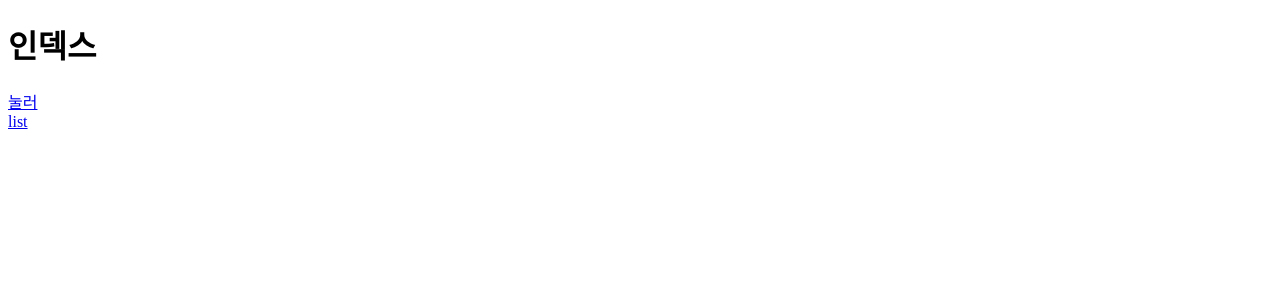
Repository: ParkChulkyu/Final_Register
Page: http://localhost/Sample/
These files come from the project's save history. The page is drawn as it stood at one moment and after the next save; the edit follows.
The browser window is 1280 px wide. The pictures show the whole page.
The page is served by Tomcat 9. Nobody is signed in. The application's start-up code is not run.

Above is the page before, as saved 2020-03-18 03:23:17.

### Sample/src/main/webapp/index.jsp
<%@ page language="java" contentType="text/html; charset=UTF-8"
    pageEncoding="UTF-8"%>
<!DOCTYPE html>
<html>
<head>
<meta charset="UTF-8">
<title>Insert title here</title>
</head>
<body>

	<h1>인덱스</h1>
	<a href="home.do">눌러</a><br>
	<a href="list.do">list</a><br>

</body>
</html>

After the next save:
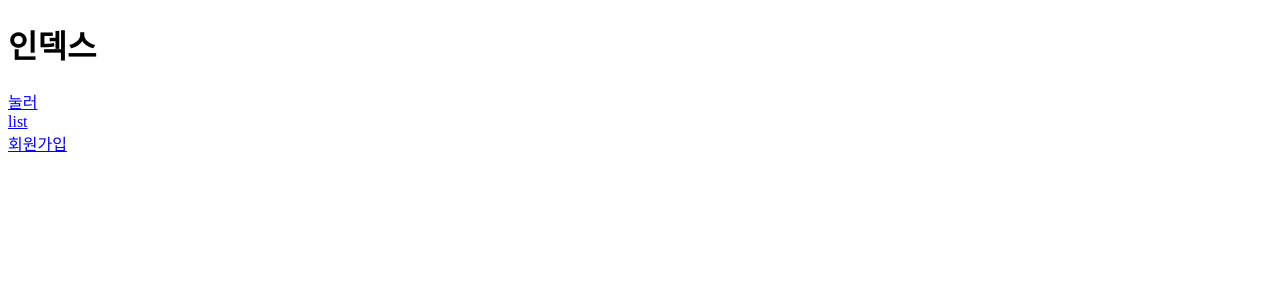
Saved 20 h 51 min later.
--- a/Sample/src/main/webapp/index.jsp
+++ b/Sample/src/main/webapp/index.jsp
@@ -11,6 +11,8 @@
 	<h1>인덱스</h1>
 	<a href="home.do">눌러</a><br>
 	<a href="list.do">list</a><br>
+	<a href="sign.do">회원가입</a><br>
+
 
 </body>
 </html>
